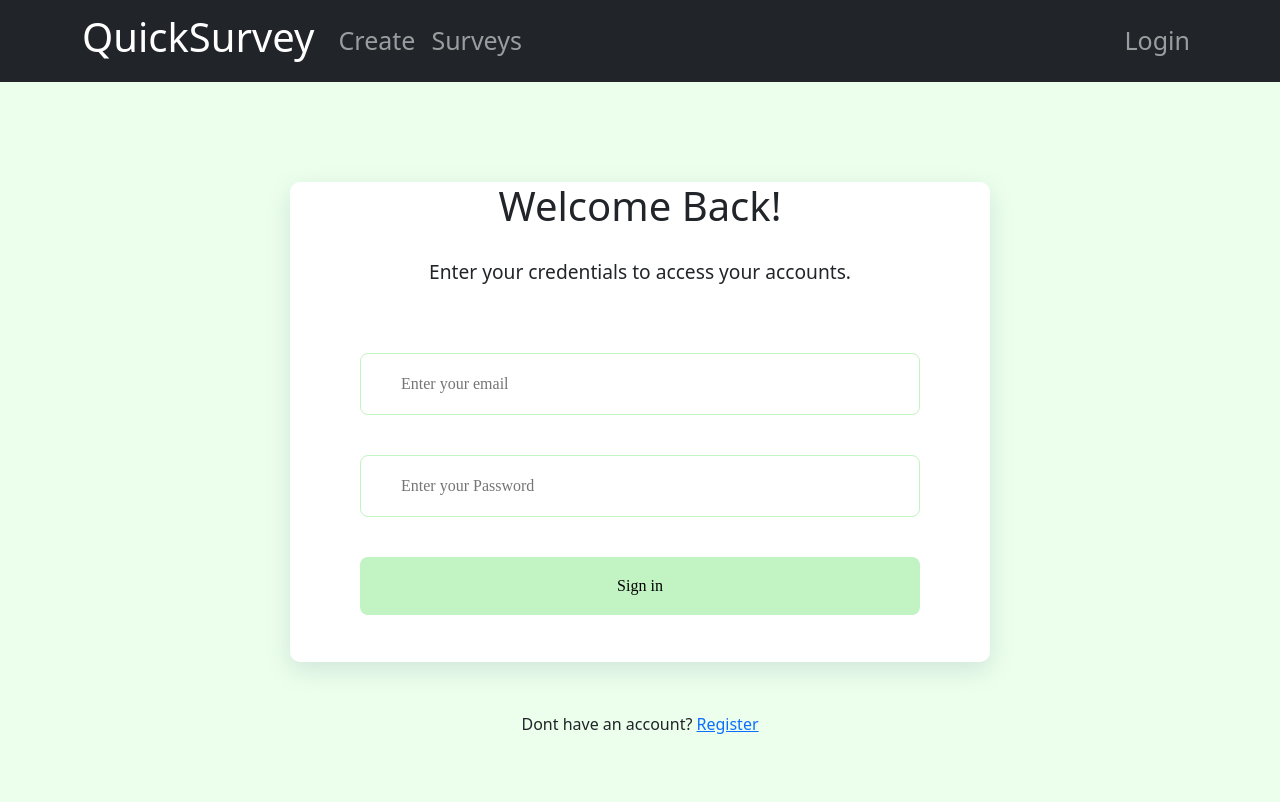
Repository: cakuang1/QuickSurveyReact
Page: /login
These files come from the project's save history. The page is drawn as it stood at one moment and after a run of saves; the edit follows.
The browser window is 1280 px wide. The pictures show the whole page.
The project was rebuilt for these pictures with package versions that can differ from the ones it lists, and the page was loaded fresh each time. Also part of the build but not shown: src/index.css, src/pages/home/home.js, src/pages/create/create.js, src/pages/pastsurveys/pastsurveys.js, src/pages/register/register.js.

Above is the page before, as saved 2022-07-24 21:01:45.

After the next 3 saves:
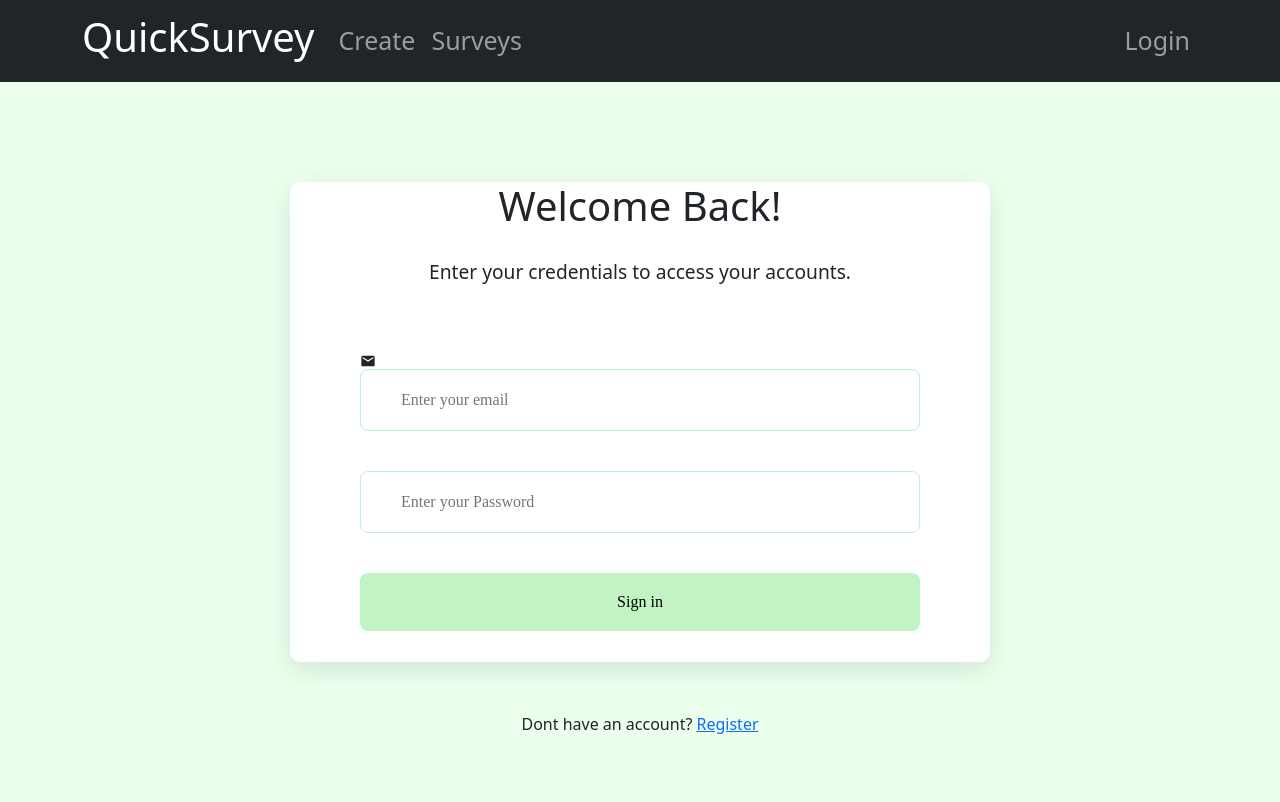
The 3 saves are shown as one change because 1 did not build or start and some came seconds apart.
The last was saved 63 s later.
--- a/src/pages/login/login.js
+++ b/src/pages/login/login.js
@@ -24,6 +24,7 @@
                     Enter your credentials to access your accounts.
                 </p>
                 <form className='loginform'>
+                    <MdEmail/>
                     <input id = "email" name = "email" placeholder='Enter your email' onChange={handleChange} value = {inputs.email || ""}/>
                     <input id = "password" name = "password" placeholder='Enter your Password' onChange={handleChange} value = {inputs.password || ""}/>
                     <button type = "submit"> Sign in</button>

After the 2 saves that followed:
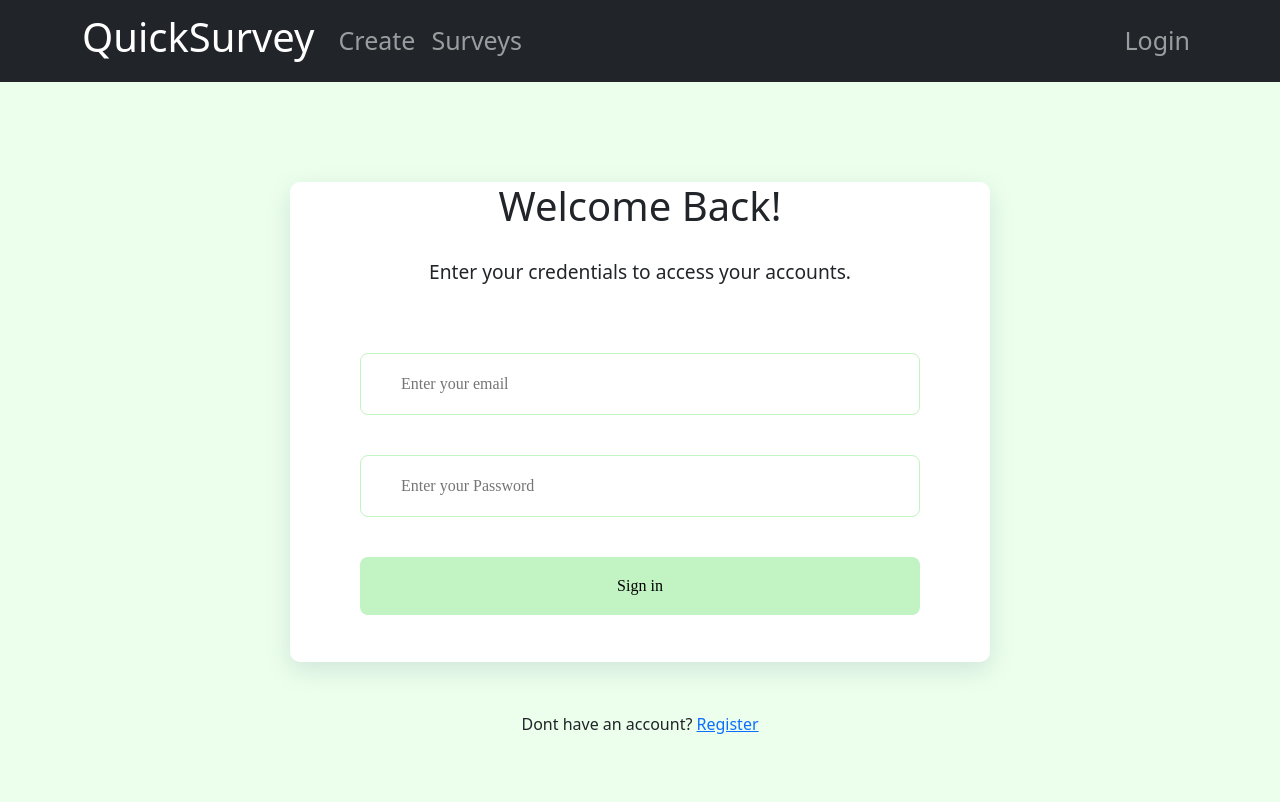
The 2 saves are shown as one change because they came seconds apart.
The last was saved 17 s later.
--- a/src/pages/login/login.js
+++ b/src/pages/login/login.js
@@ -24,7 +24,7 @@
                     Enter your credentials to access your accounts.
                 </p>
                 <form className='loginform'>
-                    <MdEmail/>
+                    <i class="fa fa-user icon"></i>
                     <input id = "email" name = "email" placeholder='Enter your email' onChange={handleChange} value = {inputs.email || ""}/>
                     <input id = "password" name = "password" placeholder='Enter your Password' onChange={handleChange} value = {inputs.password || ""}/>
                     <button type = "submit"> Sign in</button>
